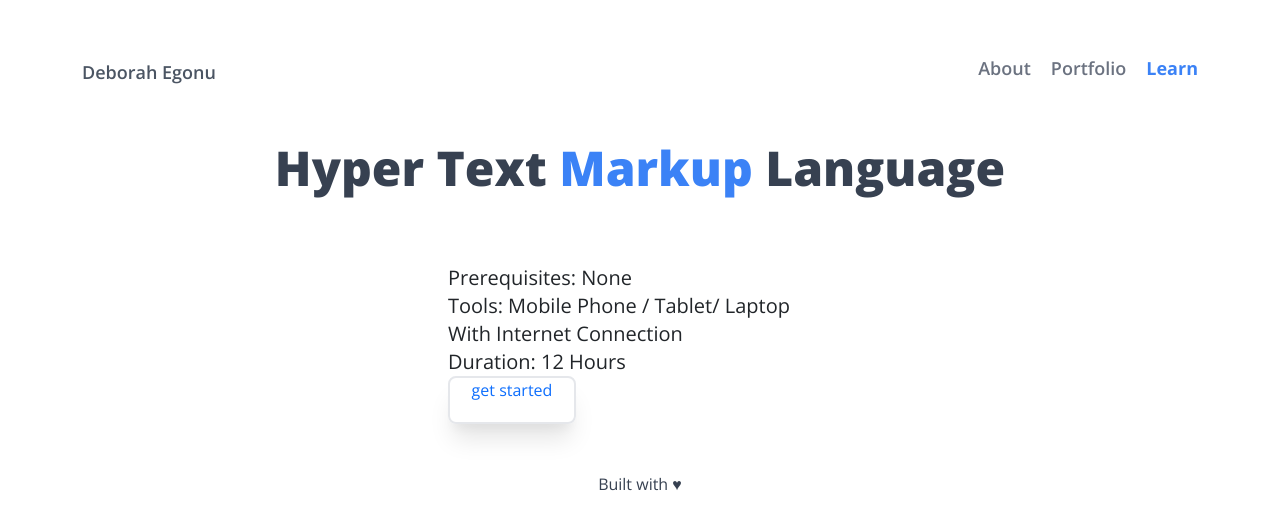
Repository: latenightsnacc/codewithdeb
Page: learn/courses/HTML/getting-started.html
An editor plug-in stored every save of this project. The page is shown before and after the next save, followed by the edit.
The browser window is 1280 px wide. The pictures show the whole page.
The style sheet was rebuilt from its Sass, Less or Tailwind sources for each picture, by a compiler version that may differ from the author's.

Above is the page before, as saved 2021-06-07 14:29:22.

### learn/courses/HTML/getting-started.html
<!DOCTYPE html>
<html lang="en">
    <head>
        <meta charset="UTF-8">
        <meta http-equiv="X-UA-Compatible" content="IE=edge">
        <meta name="viewport" content="width=device-width, initial-scale=1.0">
        <!--TAILWIND CDN-->
        <link href="https://unpkg.com/tailwindcss@^2/dist/tailwind.min.css" rel="stylesheet">
        <!--BOOTSTRAP CDN-->
        <link href="https://cdn.jsdelivr.net/npm/bootstrap@5.0.1/dist/css/bootstrap.min.css" rel="stylesheet" integrity="sha384-+0n0xVW2eSR5OomGNYDnhzAbDsOXxcvSN1TPprVMTNDbiYZCxYbOOl7+AMvyTG2x" crossorigin="anonymous">
         <!--CUSTOM CSS-->
        <link rel="stylesheet" href="stylesheet.css">
        <!--Page Title-->
        <title>HYPER TEXT MARKUP LANGUAGE - FREE COURSES | DEBORAH EGONU</title>
    </head>
<body class="bg-white">
    <!--SPACER-->
    <div class="h-12"></div>
    <!--NAVIGATION BAR / HEADER-->
    <nav>
        <div class="container">
            <div class="flex flex-row justify-between h-12 items-center">
                <!--LOGO-->
                <a href="index.html" class="no-underline font-semibold text-gray-600 capitalize text-lg hover:text-blue-500">
                    Deborah Egonu
                </a>
                <!--MENU-->
                <ul class="flex flex-row h-100 items-center pt-2">
                    <li class="mr-5">
                        <a href="about.html" class="no-underline font-semibold text-gray-500 capitalize text-lg hover:text-blue-500">about</a>
                    </li>
                    <li class="mr-5">
                        <a href="portfolio.html" class="no-underline font-semibold text-gray-500 capitalize text-lg hover:text-blue-500">portfolio</a>
                    </li>
                    <li class="">
                        <a href="learn.html" class="no-underline font-bold text-blue-500 capitalize text-lg hover:text-blue-500">learn</a>
                    </li>
                </ul>
            </div>

        </div>
    </nav>
    <!--SPACER-->
    <div class="h-12"></div>
    <!--H1 TEXT-->
    <div class="container">
        <h1 class="text-center font-black text-2xl md:text-4xl lg:text-5xl text-gray-700 capitalize">hyper text <span class="text-blue-500">markup</span> language </h1>
    </div>
    <!--SPACER-->
    <div class="h-16"></div>
    <div class="container">
        <div class="flex flex-col w-96 mx-auto">
            <div class="text-xl capitalize">prerequisites: <span>None</span></div>
            <div class="text-xl capitalize">tools: <span>Mobile phone / tablet/ laptop with internet connection</span></div>
            <div class="text-xl capitalize">duration: <span>12 hours</span></div>
            <a href="overview.html" class="no-underline w-32 text-center h-12 border-2 shadow-xl rounded-lg">get started</a>
        </div>
    </div>
     <!--SPACER-->
     <div class="h-12"></div>
     <footer>
         <div class="container">
             <p class="text-center text-gray-700">Built with &hearts;</p>
         </div>
     </footer>
 </body>
 </html>

### stylesheet.scss
@import url('https://fonts.googleapis.com/css2?family=Open+Sans:wght@300;400;600;700;800&display=swap');
h1, body, a {
    font-family: 'Open Sans', sans-serif;
}

After the next save:
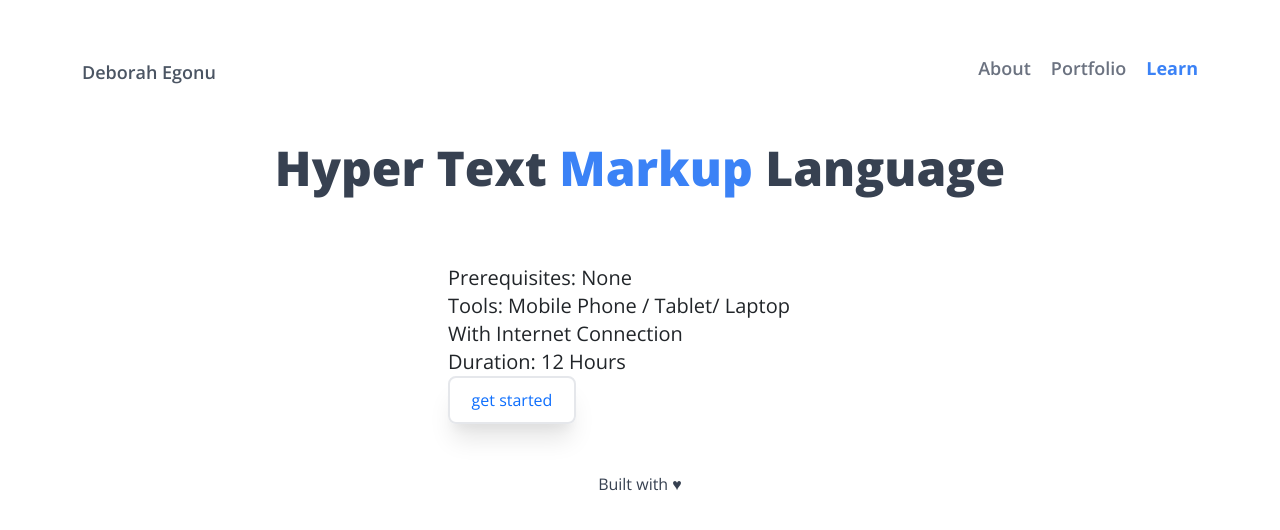
Saved 13 s later.
--- a/learn/courses/HTML/getting-started.html
+++ b/learn/courses/HTML/getting-started.html
@@ -53,7 +53,7 @@
             <div class="text-xl capitalize">prerequisites: <span>None</span></div>
             <div class="text-xl capitalize">tools: <span>Mobile phone / tablet/ laptop with internet connection</span></div>
             <div class="text-xl capitalize">duration: <span>12 hours</span></div>
-            <a href="overview.html" class="no-underline w-32 text-center h-12 border-2 shadow-xl rounded-lg">get started</a>
+            <a href="overview.html" class="no-underline w-32 flex justify-center items-center h-12 border-2 shadow-xl rounded-lg">get started</a>
         </div>
     </div>
      <!--SPACER-->
